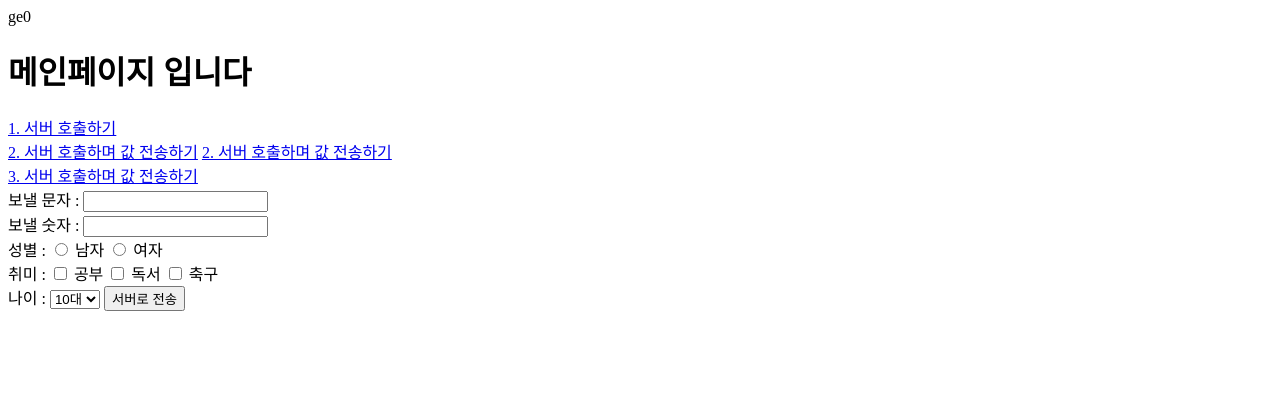
Repository: beescuit9510/toyProjects
Page: web-server-workplace/02_noDbProject/src/main/webapp/index.html
An editor plug-in stored every save of this project. The page is shown before and after the next save, followed by the edit.
The browser window is 1280 px wide. The pictures show the whole page.

Above is the page before, as saved 2021-09-29 06:41:29.

After the next save:
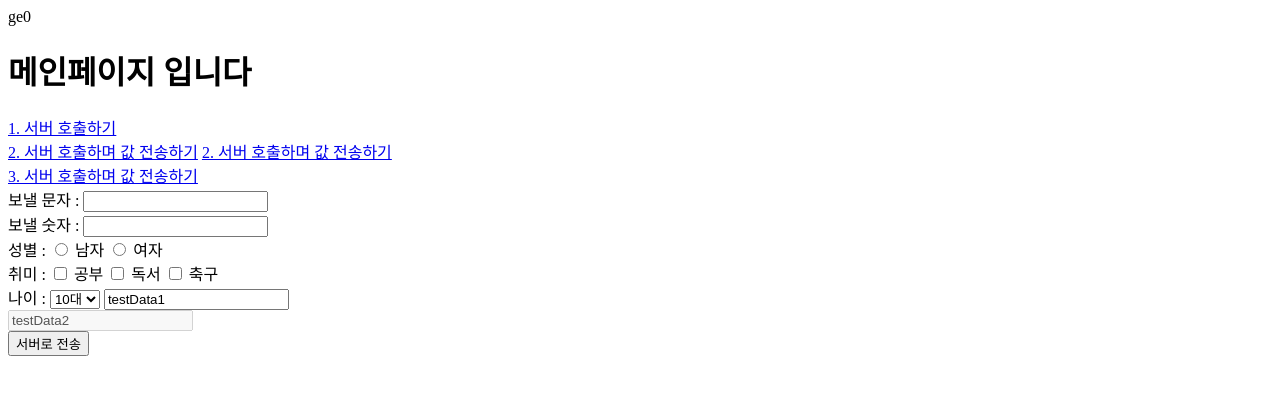
Saved 2 min 11 s later.
--- a/web-server-workplace/02_noDbProject/src/main/webapp/index.html
+++ b/web-server-workplace/02_noDbProject/src/main/webapp/index.html
@@ -30,6 +30,8 @@
 			<option value="40">40대<option>
 		</select>
 		<input type="hidden" name="hiddenData" value="숨겨진데이터">
+		<input type="text" name="input1" value="testData1" readonly><br>
+		<input type="text" name="input2" value="testData2" disabled><br>
 
 
 		<input type="submit" value="서버로 전송">
